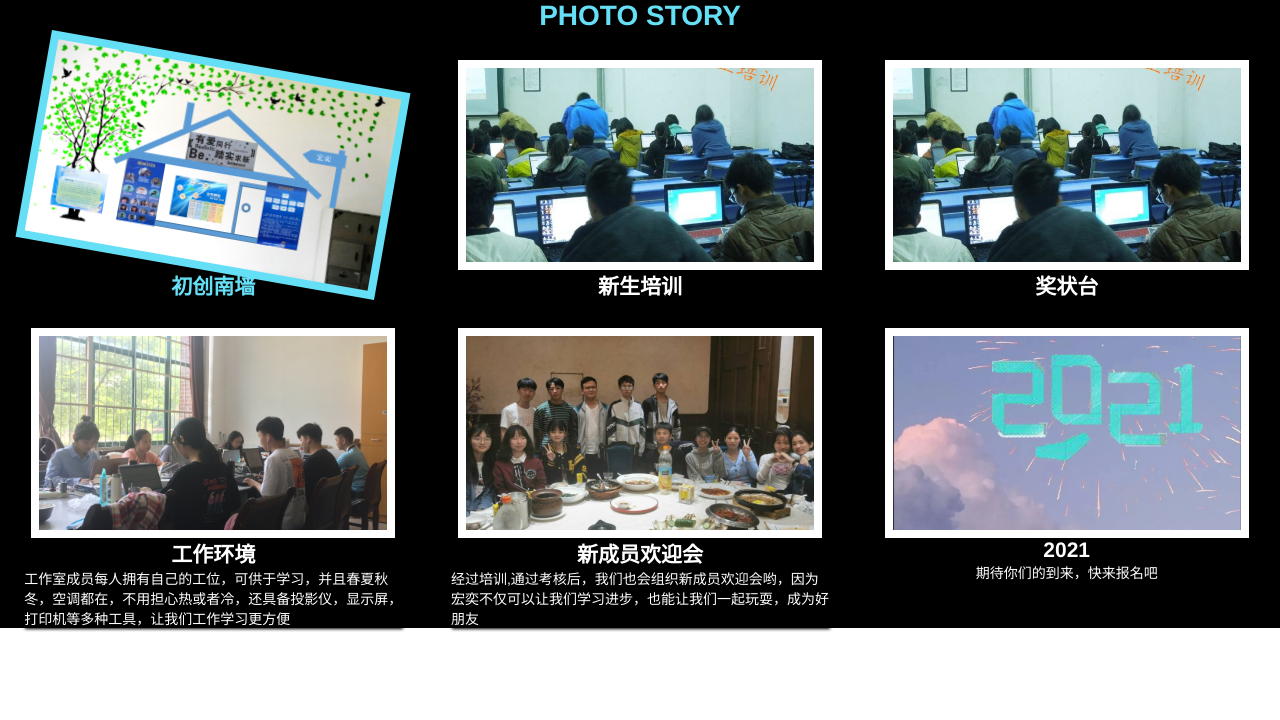
Repository: Homyit20/website
Page: /#/photo
The author's editor kept a copy of each file at every save. The page is drawn from the files as they stood at one save, then again after the next save.
The browser window is 1280 px wide. The pictures show the whole page.
The project was rebuilt for these pictures with package versions that can differ from the ones it lists, and the page was loaded fresh each time. Also part of the build but not shown: vue.config.js.

Above is the page before, as saved 2021-08-10 16:55:53.

### public/index.html
<!DOCTYPE html>
<html lang="">
  <head>
    <meta charset="utf-8">
    <meta http-equiv="X-UA-Compatible" content="IE=edge">
    <meta name="viewport" content="width=device-width,initial-scale=1.0">
    <link rel="icon" href="<%= BASE_URL %>favicon.ico">
    <!-- <title><%= htmlWebpackPlugin.options.title %></title> -->
    <title><%= htmlWebpackPlugin.options.title %></title>
    <style>
      *{
        cursor: url("火箭.ico"),auto;
      }
      .body{
        overflow-x: hidden;
      }
    </style>
  </head>
  <body class="body">
    <noscript>
      <strong>We're sorry but <%= htmlWebpackPlugin.options.title %> doesn't work properly without JavaScript enabled. Please enable it to continue.</strong>
    </noscript>
    <div id="app"></div>
    <!-- built files will be auto injected -->
  </body>
</html>

### src/main.js
import Vue from 'vue'
import App from './App.vue'
import router from './router'
import store from './store'
// import VueCookies from 'vue-cookies'
// import axios from 'axios'
// import VueAxios from 'vue-axios'
import 'animate.css/animate.min.css'
// Vue.use(VueCookies)
// Vue.use(VueAxios, axios);

Vue.config.productionTip = false

new Vue({
  router,
  store,
  render: h => h(App),
}).$mount('#app')

//报名成功或者已报名才可进入二维码页面
router.beforeEach((to, from, next) => {
  //路由导航
  if (to.meta.islogin) {

    if (store.state.success == 1) {
      next()
    } else {
      next({
        path: from.path
      })
    }
  } else {

    if (to.meta.islogin) {
      if (store.state.success == 1) {
        next()
      } else {
        next({
          path: from.path
        })
      }
    } else {
      next()
    }
  }
})
window.onload = function(){
  document.title = "HOMYIT STUDIO"
}

### src/App.vue
<template>
  <div id="app">
    <router-view></router-view>
  </div>
</template>

<script>
// import NavBar from "./components/enter/enter.vue"
export default {
  name: "App"
};
</script>

<style>
* {
  margin: 0;
  padding: 0;
  box-sizing: border-box;
}
html {
  font-size: 14px;
}
#app {
  font-family: Avenir, Helvetica, Arial, sans-serif;
}
</style>

### src/router/index.js
import Vue from 'vue'
import VueRouter from 'vue-router'

Vue.use(VueRouter);

const routes = [
    {
        path: '/',
        redirect: '/enter',
        meta : {
            title : 'enter'
        }
    },
    {
        path: '/technique',
        component: () => import('../views/technique.vue'),
        meta : {
            title : 'technique'
        }
    },
    {
        path: '/develop',
        component: () => import('../views/develop.vue'),
        meta : {
            title : 'develop'
        }
    },
    {
        path: '/enter',
        component: () => import('../views/enter.vue'),
        meta : {
            title : 'enter'
        }
    },
    {
        path: '/login',
        component: () => import('../views/login.vue'),
        redirect: '/login/loginform',
        children: [{
            path: '/login/loginform',
            component: () => import('../components/content/loginform.vue'),
            meta : {
                title : 'login'
            }
        },
        {
            path: '/login/contact',
            component: () => import('../components/content/contact.vue'),
            meta: {
                islogin: true,
                title : 'contact'
            }
        }
        ]
    },
    {
        path: '/home',
        component: () => import('../views/Home.vue'),
        meta : {
            title : 'home'
        }
    }, {
        path: '/background',
        component: () => import('../views/background.vue'),
        meta : {
            title : 'background'
        }
    },
    {
        path : '/photo',
        component : () => import('../views/photo.vue')
    }
]

const router = new VueRouter({
    routes
})

export default router;

### src/store/index.js
import Vue from 'vue'
import Vuex from 'vuex'

Vue.use(Vuex)

const store = new Vuex.Store({
    state : {
        success : 0,
        isnav : false
    },
    mutations : {
        judge(state){
            state.success = 1
        }
    }
})

export default store;

### src/views/photo.vue
<template>
  <div class="photos-back">
    <h1>PHOTO STORY</h1>
    <div class="photo-content">
      <div class="photo-content-img">
        <img src="../assets/techlogin/images/南墙.png" class="photo-animate-one our-photo" @click="changephoto(0)">
        <h2 class="active-photo">初创南墙</h2>
        <p></p>
      </div>
      <div class="photo-content-img">
        <img src="../assets/techlogin/images/新生培训.jpg" class="our-photo" @click="changephoto(1)">
        <h2>新生培训</h2>
        <p></p>
      </div>
      <div class="photo-content-img">
        <img src="../assets/techlogin/images/新生培训.jpg" class="our-photo" @click="changephoto(2)">
        <h2>奖状台</h2>
        <p></p>
      </div>
      <div class="photo-content-img">
        <img src="../assets/techlogin/images/工作环境.png" class="our-photo" @click="changephoto(3)">
        <h2>工作环境</h2>
        <p>工作室成员每人拥有自己的工位，可供于学习，并且春夏秋冬，空调都在，不用担心热或者冷，还具备投影仪，显示屏，打印机等多种工具，让我们工作学习更方便</p>
      </div>
      <div class="photo-content-img">
        <img src="../assets/techlogin/images/2020.jpg" class="our-photo" @click="changephoto(4)">
        <h2>新成员欢迎会</h2>
        <p>经过培训,通过考核后，我们也会组织新成员欢迎会哟，因为宏奕不仅可以让我们学习进步，也能让我们一起玩耍，成为好朋友</p>
      </div>
      <div class="photo-content-img">
        <img src="../assets/techlogin/images/2021.png" @click="phototojoin()">
        <h2>2021</h2>
        <p>期待你们的到来，快来报名吧</p>
      </div>
    </div>
  </div>
</template>

<script>
  let photobefore = 0;
  export default {
    name : 'photo',
    methods:{
      changephoto(value){
        let ourphoto = document.getElementsByClassName('our-photo');
        let photoh2 = document.getElementsByTagName('h2');
        photoh2[value].style.color = '#65dff5';
        photoh2[photobefore].style.color = '#fff';
        ourphoto[0].classList.remove('photo-animate-one');
        ourphoto[photobefore].classList.remove('photo-animate-one');
        ourphoto[value].classList.add('photo-animate-one');
        photobefore = value;
      },
      phototojoin(){
      this.$router.push({
        path : '/login/loginform'
      })
    }
    }
  }
</script>

<style>
.photos-back{
  width: 100vw;
  background-color: #000;
  display: flex;
  flex-direction: column;
  align-items: center;
  color: #65dff5;
}
.photo-content{
  display: flex;
  justify-content: space-around;
  flex-wrap: wrap;
}
.photo-content-img{
  display: flex;
  flex-direction: column;
  align-items: center;
  width: 27rem;
  margin-top: 2rem;
  color: #fff;
}
.photo-content-img .active-photo{
  color: #65dff5;
}
.photo-content-img p{
  box-shadow: 1px 1px 3px #000;
}
.photo-content-img img{
  border: 8px solid #fff;
  width: 26rem;
  height: 15rem;
  object-fit: cover;
}
  .photo-content-img .photo-animate-one{
    border: 8px solid #65dff5;
    animation: photoone 2s infinite ease-in-out;
  }
/* 动画 */
@keyframes photoone {
  0%{
    transform: rotate(0deg);
  }
  50%{
    transform: rotate(10deg);
  }
  100%{
    transform: rotate(0deg);
  }
}


@media screen and (max-width : 800px){
  .photo-content{
    display: flex;
    flex-direction: column;
    align-items: center;
 }
 .photo-content-img{
   width: 23rem;
 }
   .photo-content-img img{
    width: 22rem;
    height: 12rem;
  }
}
@media screen and (min-width: 1500px){
  .photo-content-img{
    width: 35rem;
  }
  .photo-content-img img{
    width: 34rem;
    height: 20rem;
  }
}
</style>

After the next save:
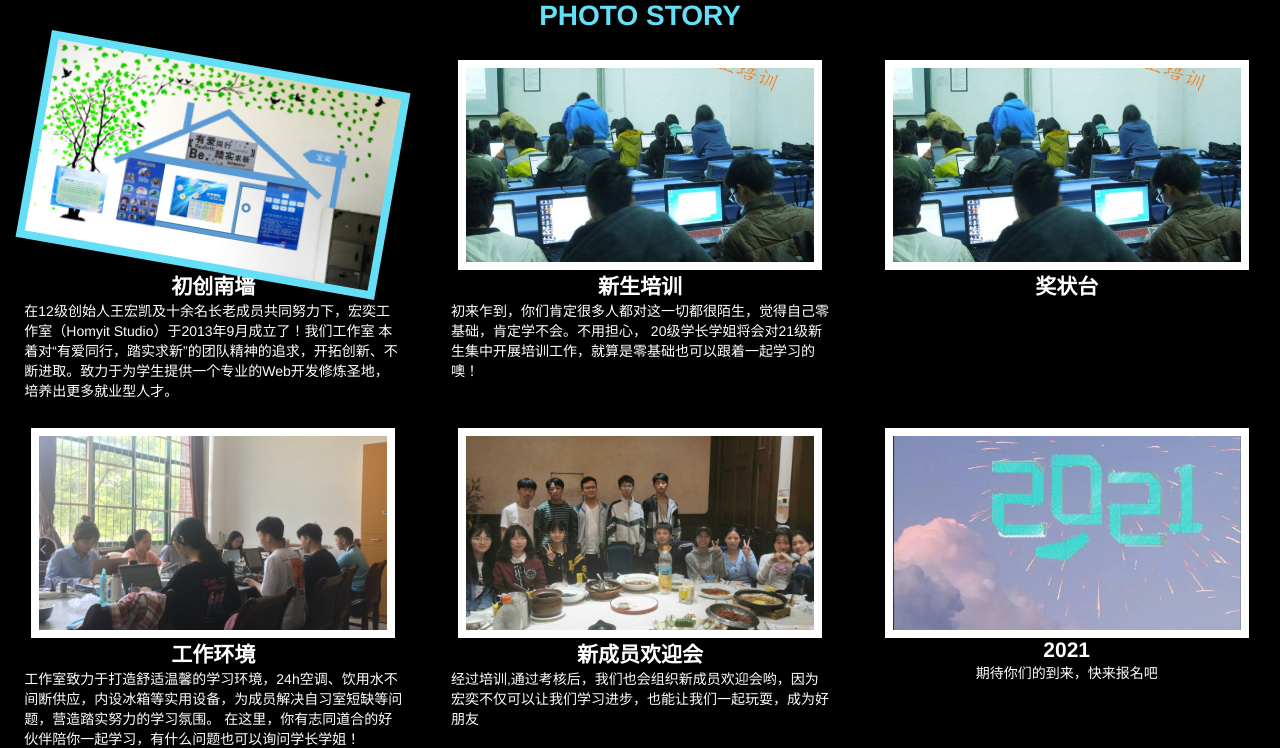
Saved 2 min 30 s later.
--- a/src/views/photo.vue
+++ b/src/views/photo.vue
@@ -4,13 +4,16 @@
     <div class="photo-content">
       <div class="photo-content-img">
         <img src="../assets/techlogin/images/南墙.png" class="photo-animate-one our-photo" @click="changephoto(0)">
-        <h2 class="active-photo">初创南墙</h2>
-        <p></p>
+        <h2 class="photo-active">初创南墙</h2>
+        <p>在12级创始人王宏凯及十余名长老成员共同努力下，宏奕工作室（Homyit Studio）于2013年9月成立了！我们工作室
+          本着对“有爱同行，踏实求新”的团队精神的追求，开拓创新、不断进取。致力于为学生提供一个专业的Web开发修炼圣地，培养出更多就业型人才。
+        </p>
       </div>
       <div class="photo-content-img">
         <img src="../assets/techlogin/images/新生培训.jpg" class="our-photo" @click="changephoto(1)">
         <h2>新生培训</h2>
-        <p></p>
+        <p>初来乍到，你们肯定很多人都对这一切都很陌生，觉得自己零基础，肯定学不会。不用担心，
+          20级学长学姐将会对21级新生集中开展培训工作，就算是零基础也可以跟着一起学习的噢！</p>
       </div>
       <div class="photo-content-img">
         <img src="../assets/techlogin/images/新生培训.jpg" class="our-photo" @click="changephoto(2)">
@@ -20,7 +23,9 @@
       <div class="photo-content-img">
         <img src="../assets/techlogin/images/工作环境.png" class="our-photo" @click="changephoto(3)">
         <h2>工作环境</h2>
-        <p>工作室成员每人拥有自己的工位，可供于学习，并且春夏秋冬，空调都在，不用担心热或者冷，还具备投影仪，显示屏，打印机等多种工具，让我们工作学习更方便</p>
+        <p>工作室致力于打造舒适温馨的学习环境，24h空调、饮用水不间断供应，内设冰箱等实用设备，为成员解决自习室短缺等问题，营造踏实努力的学习氛围。
+          在这里，你有志同道合的好伙伴陪你一起学习，有什么问题也可以询问学长学姐！
+        </p>
       </div>
       <div class="photo-content-img">
         <img src="../assets/techlogin/images/2020.jpg" class="our-photo" @click="changephoto(4)">
